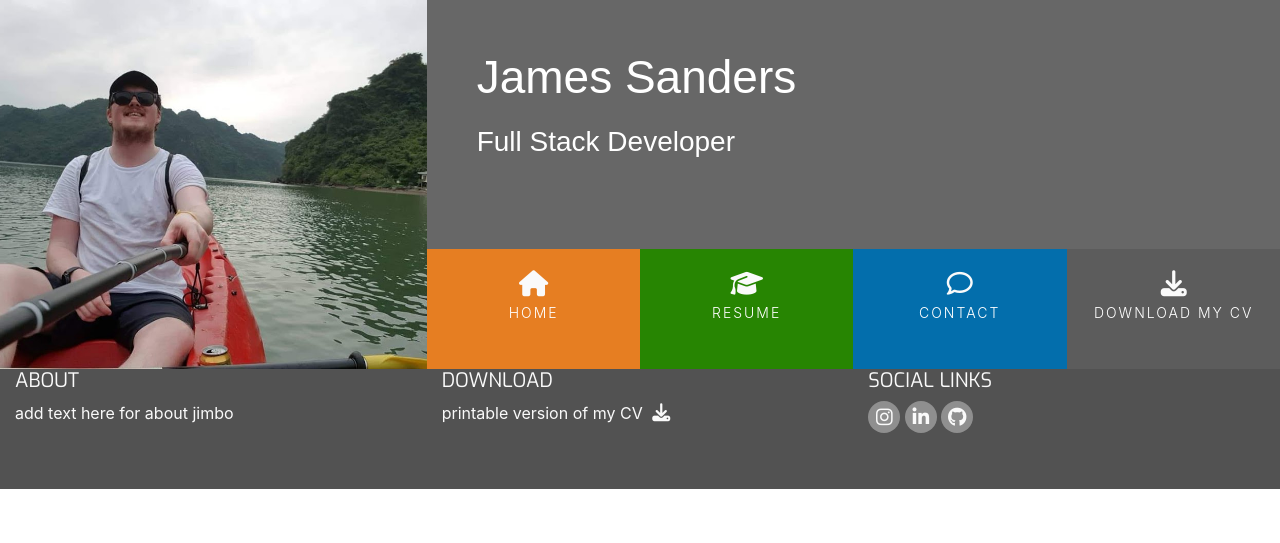
Repository: JaySanders95/my-online-resume
Page: index.html
These files come from the project's save history. The page is drawn as it stood at one moment and after the next save; the edit follows.
The browser window is 1280 px wide. The pictures show the whole page.
Some web fonts or font styles are not loaded; a fallback is used. Some web libraries are served in a nearby version.

Above is the page before, as saved 2023-04-19 18:07:57.

After the next save:
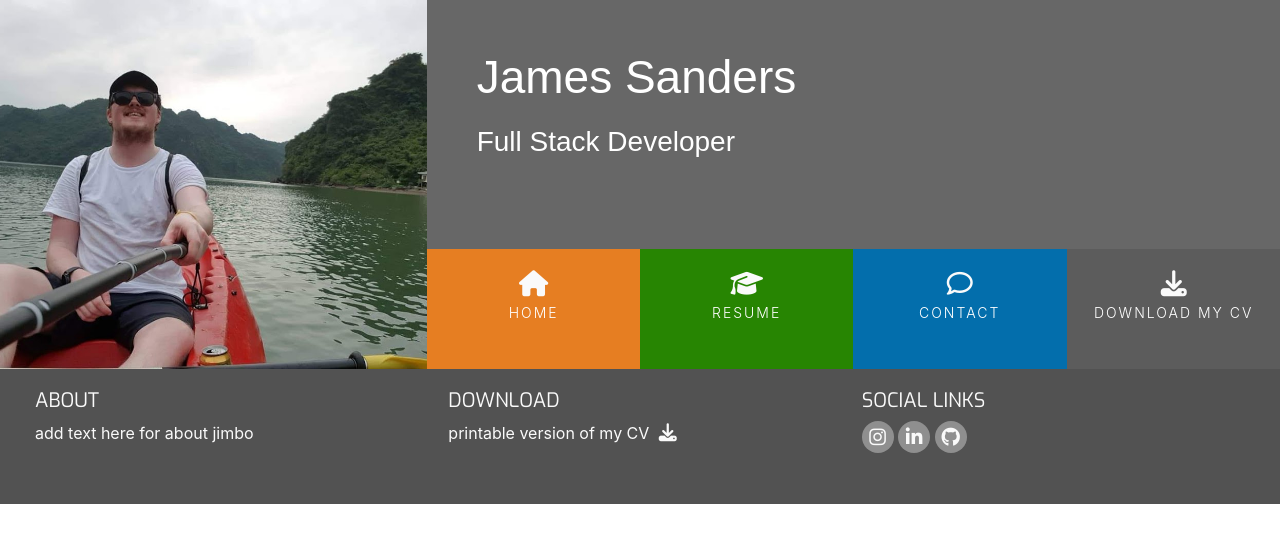
Saved 78 s later.
--- a/assets/css/style.css
+++ b/assets/css/style.css
@@ -185,6 +185,6 @@ footer {
     background-color: #e84610;
 }
 
-.footer-details {
+#footer-details {
     padding: 20px;
 }
